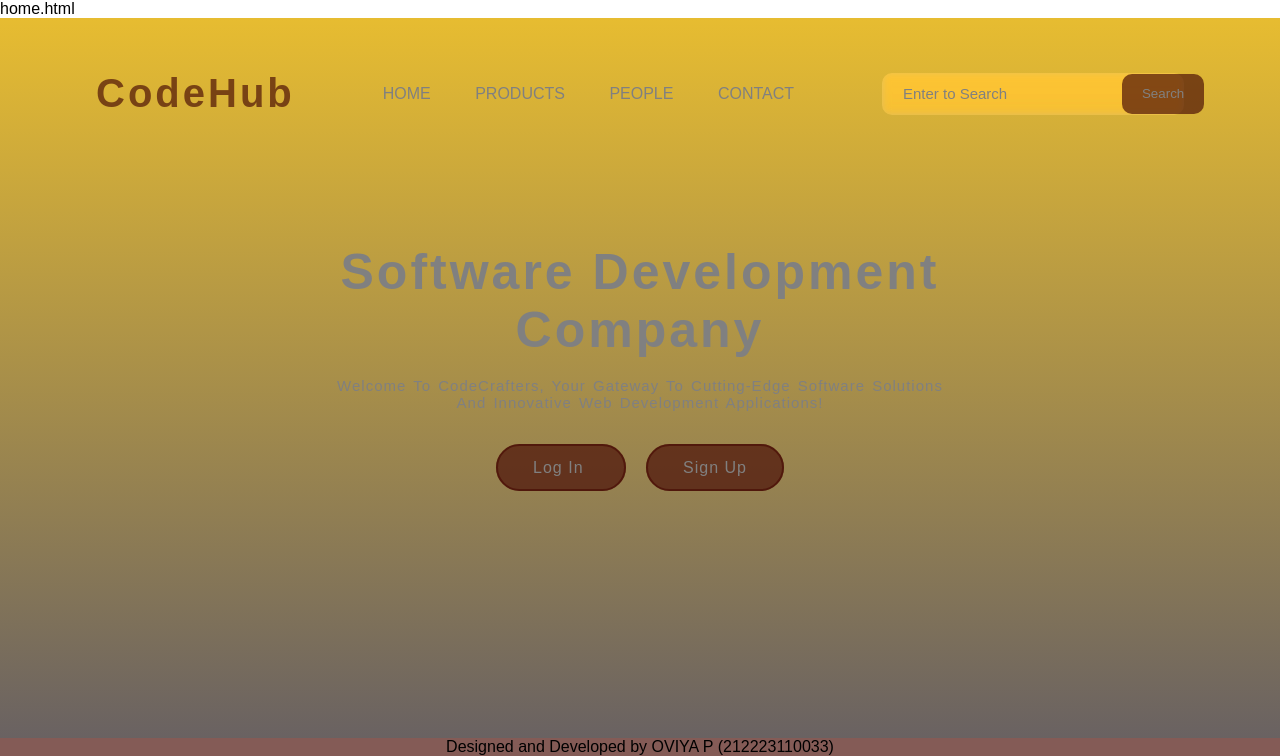
Repository: Oviya24032K6/softweb
Page: oviya/softapp/static/home.html
These files come from the project's save history. The page is drawn as it stood at one moment and after the next save; the edit follows.
The browser window is 1280 px wide. The pictures show the whole page.

Above is the page before, as saved 2024-04-23 11:38:06.

### oviya/softapp/static/home.html
home.html

<html>
    <head>
        <meta name="viewport" content="width=device-width, initial-scale=1.0">
        <title> Software Development Company </title>
        <style type="text/css">
            * {
                margin: 0;
                padding: 0;
                font-family: Arial, Helvetica, sans-serif;
            }
            .banner {
                width: 100%;
                height: 100vh;
                background-image: linear-gradient(rgba(226, 175, 8, 0.836),rgba(15, 3, 3, 0.625));
                background-size: cover;
                background-position: center;
            }
            .navbar {
                width: 85%;
                margin: auto;
                padding: 35px 0;
                display: flex;
                align-items: center;
                justify-content: space-between;
            }
            .logo {
                color:#490c05ac;
                font-size: 40px;
                font-weight: 700;
                letter-spacing: 3px;
            }
            span {
                color: gray;
            }
            form {
                width: 300px;
                height: 40px;
                display: flex;
                background: rgba(255, 255, 255, 0.2);
                padding: 1px 1px;
                font-size: 15px;
                border-radius: 10px;
                backdrop-filter: blur(4px) saturate(180%);
            }
            form input {
                background: transparent;
                flex: 1;
                border: 0;
                outline: none;
                padding: 12px 20px;
                font-size: 15px;
                color: gray;
            }
            ::placeholder {
                color: gray;
            }
            form button {
                border: 0;
                outline: none;
                padding: 5px 20px;
                color: gray;
                border-radius: 10px;
                background:#490c05ac;
                cursor: pointer;
            }
            .navbar li {
                list-style: none;
                display: inline-block;
                margin: 0 20px;
                position: relative;
            }
            .navbar li a {
                text-decoration: none;
                color: gray;
                text-transform: uppercase;
            }
            .navbar li:hover {
                border: 1px;
                padding: 10px;
                color: gray;
                background-color:#490c05ac;
                transition: 0.5s;
                cursor: pointer;
                border-radius: 30px;
            }
            .content {
                position: absolute;
                top: 50%;
                left: 50%;
                transform: translate(-50%,-50%);
                text-align: center;
            }
            .text h2 {
                color: gray;
                font-weight: 800;
                font-size: 50px;
                letter-spacing: 3px;
            }
            .text p {
                color: gray;
                text-transform: capitalize;
                font-size: 15px;
                margin-bottom: 30px;
                word-spacing: 2px;
                letter-spacing: 1px;
            }
            .login {
                margin: 0px 10px;
                border: 2px solid#490c05ac;
                padding: 13px 35px;
                letter-spacing: 1px;
                color: gray;
                border-radius: 30px;
                background-color:#490c05ac;
                text-decoration: none;
            }
            .login:hover {
                border: 2px solid#490c05ac;
                color:#490c05ac;
                background-color: gray;
                transition: 0.5s;
                cursor: pointer;
            }
            .signup {
                margin: 0px 10px;
                border: 2px solid#490c05ac;
                padding: 13px 35px;
                letter-spacing: 1px;
                color: gray;
                border-radius: 30px;
                background-color:#490c05ac;
                text-decoration: none;
            }
            .signup:hover {
                border: 2px solid#490c05ac;
                color:#490c05ac;
                background-color: gray;
                transition: 0.5s;
                cursor: pointer;
            }
            footer {
                background-color:#490c05ac;
                margin-top: auto;
            }
        </style>
    </head>
<body>
    <div class="banner">
        <br>
        <div class="navbar">
            <h1 class="logo">CodeHub</h1>
            <ul>
                <li><a href="http://127.0.0.1:8000/static/home.html"> Home </a></li>
                <li><a href="http://127.0.0.1:8000/static/product.html"> Products </a></li>
                <li><a href="http://127.0.0.1:8000/static/people.html"> People </a></li>
                <li><a href="http://127.0.0.1:8000/static/contact.html"> Contact </a></li>
            </ul>
            <form action="" method="get">
                <input type="text" placeholder="Enter to Search">
                <button type="submit"> Search </button>
            </form>
        </div>
        <div class="content">
            <div class="text">
                <h2> Software Development Company </h2>
                <br>
                <p> Welcome to CodeCrafters, your gateway to cutting-edge software solutions and innovative web development applications! </p>
                <br>
                <div>
                    <a href="#" class="login"> Log In </a>
                    <a href="#" class="signup"> Sign Up </a>
                </div>
            </div>
        </div>
    </div>
    <footer>
        <center> Designed and Developed by OVIYA P (212223110033) </center>
    </footer>
</body>
</html>

After the next save:
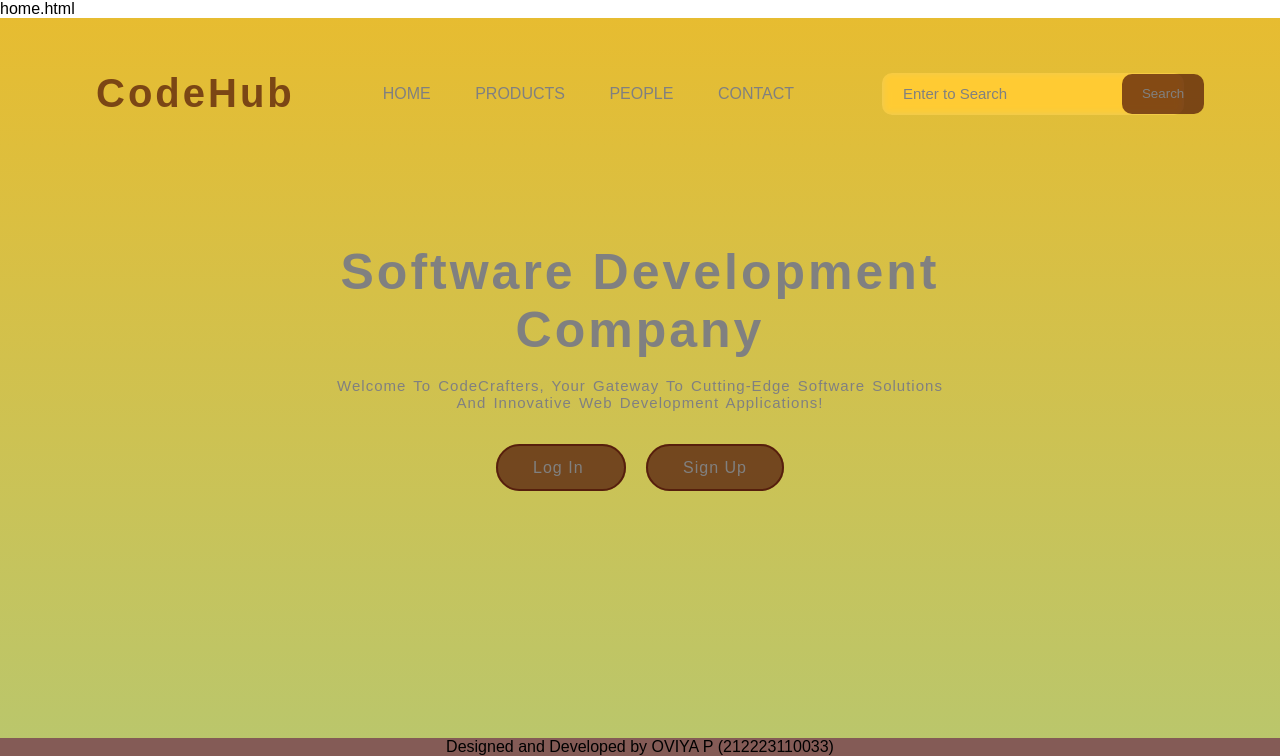
Saved 6 s later.
--- a/oviya/softapp/static/home.html
+++ b/oviya/softapp/static/home.html
@@ -13,7 +13,7 @@ home.html
             .banner {
                 width: 100%;
                 height: 100vh;
-                background-image: linear-gradient(rgba(226, 175, 8, 0.836),rgba(15, 3, 3, 0.625));
+                background-image: linear-gradient(rgba(226, 175, 8, 0.836),rgba(145, 164, 18, 0.625));
                 background-size: cover;
                 background-position: center;
             }
